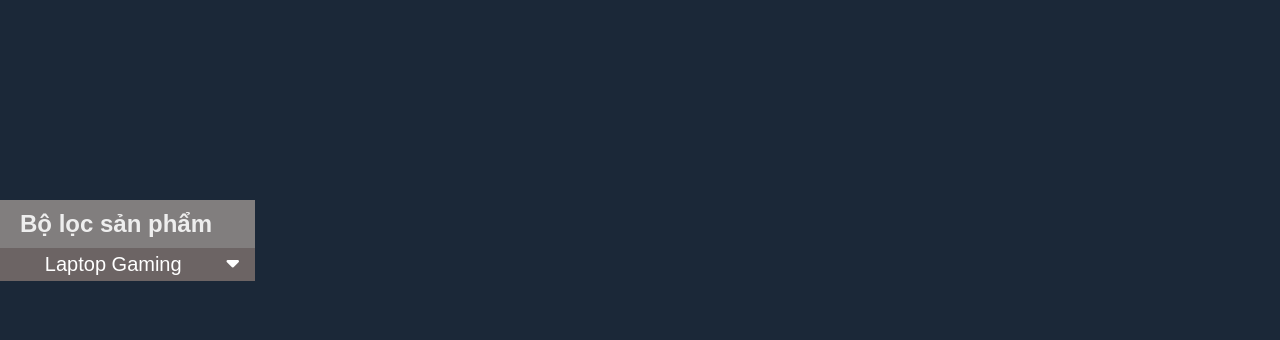
Repository: HPNChanel/DACS
Page: product.html
These files come from the project's save history. The page is drawn as it stood at one moment and after the next save; the edit follows.
The browser window is 1280 px wide. The pictures show the whole page.

Above is the page before, as saved 2023-04-11 17:43:33.

### product.html
<!DOCTYPE html>
<html lang="en">
    <head>
        <meta charset="UTF-8" />
        <meta http-equiv="X-UA-Compatible" content="IE=edge" />
        <meta name="viewport" content="width=device-width, initial-scale=1.0" />
        <title>PRODUCT</title>
        <link rel="stylesheet" href="./style/product.css" />
        <link
            rel="stylesheet"
            href="https://cdnjs.cloudflare.com/ajax/libs/font-awesome/6.4.0/css/all.min.css"
            integrity="sha512-iecdLmaskl7CVkqkXNQ/ZH/XLlvWZOJyj7Yy7tcenmpD1ypASozpmT/E0iPtmFIB46ZmdtAc9eNBvH0H/ZpiBw=="
            crossorigin="anonymous"
            referrerpolicy="no-referrer"
        />
    </head>
    <body>
        <div class="sidebar">
            <h2>Bộ lọc sản phẩm</h2>
            <div class="sidebar-content">
                <button class="dropdown-btn">
                    Laptop Gaming
                    <i class="fa fa-caret-down"></i>
                </button>
                <div class="dropdown-container">
                    <a href="">TUF</a>
                    <a href="">MSI</a>
                    <a href="">LENOVO</a>
                </div>
            </div>
        </div>

        <script src="./product.js"></script>
    </body>
</html>

### style/product.css
* {
    margin: 0;
    padding: 0;
    box-sizing: border-box;
    list-style: none;
    text-decoration: none;
}
html {
    font-size: 62.5%;
}
body {
    font-family: "Poppins", sans-serif;
    font-size: 1.6rem;
    margin: 0 auto;
    width: 1280px;
    background-color: #1b2838;
}
/* Phần sidebar */
h2 {
    color: #eee;
    padding: 10px 20px;
}
.sidebar {
    background-color: #817e7e;
    width: 255px;
    margin-top: 200px;
}
.sidebar a,
.dropdown-btn {
    display: block;
    font-size: 20px;
    background-color: none;
    border: none;
    cursor: pointer;
    outline: none;
    padding: 5px 8px 5px 0px;
}
.dropdown-btn {
    width: 100%;
    background-color: rgb(108, 100, 100);
    color: rgb(255, 255, 255);
}
.fa-caret-down {
    float: right;
    padding-right: 8px;
}
.dropdown-container {
    display: none;
    padding-left: 0px;
}
.active {
    color: white;
}

### product.js
/* Loop through all dropdown buttons to toggle between hiding and showing its dropdown content - This allows the user to have multiple dropdowns without any conflict */
var dropdown = document.getElementsByClassName("dropdown-btn");
var i;

for (i = 0; i < dropdown.length; i++) {
    dropdown[i].addEventListener("click", function () {
        this.classList.toggle("active");
        var dropdownContent = this.nextElementSibling;
        if (dropdownContent.style.display === "block") {
            dropdownContent.style.display = "none";
        } else {
            dropdownContent.style.display = "block";
        }
    });
}

After the next save:
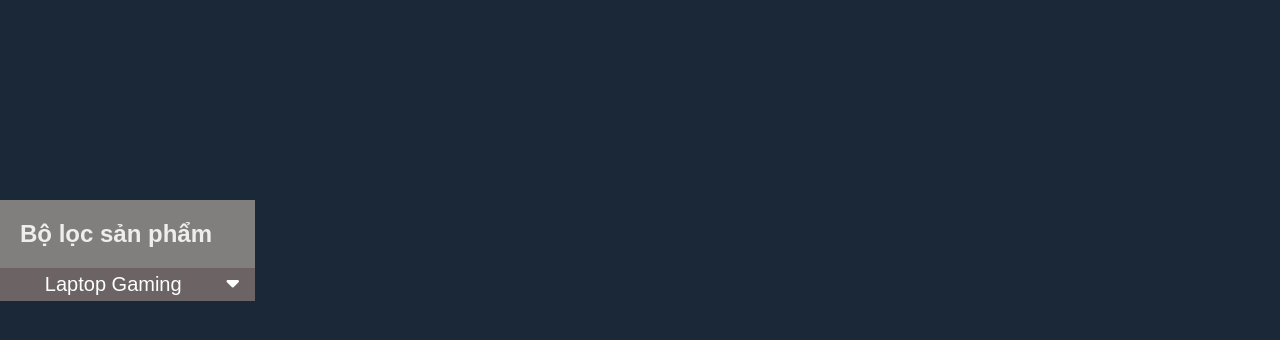
Saved 9 s later.
--- a/style/product.css
+++ b/style/product.css
@@ -18,7 +18,7 @@ body {
 /* Phần sidebar */
 h2 {
     color: #eee;
-    padding: 10px 20px;
+    padding: 20px 20px;
 }
 .sidebar {
     background-color: #817e7e;
